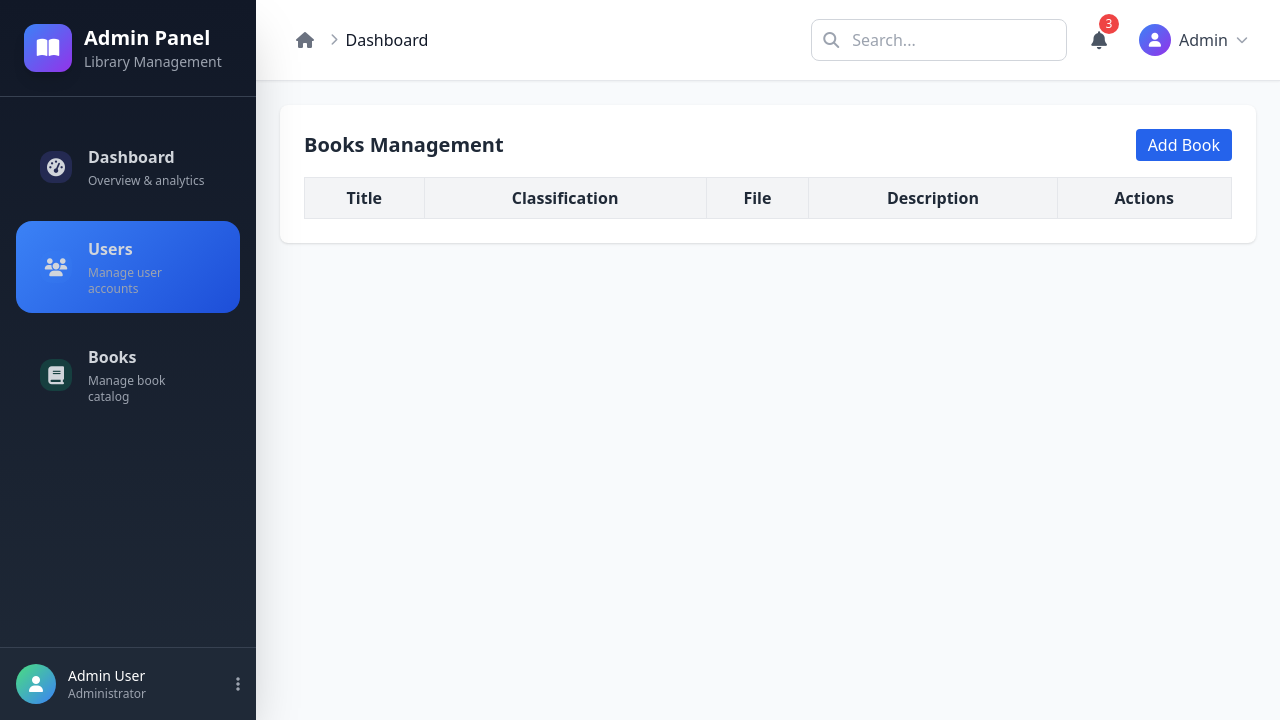
Repository: daffa-alif/lomba-NeuroGamy
Page: resources/views/Admin/books/index.blade.php
The author's editor kept a copy of each file at every save. The page is drawn from the files as they stood at one save, then again after the next save.
The browser window is 1280 px wide. The pictures show the whole page.
Some web libraries are served in a nearby version. The page is served by the project's Laravel application, run on PHP 8.4 with Laravel 12. Other server files are loaded and not shown. The template is opened directly, without the code that normally fills it, so the values that code supplies are empty.

Above is the page before, as saved 2025-09-19 23:32:49.

### routes/web.php
<?php

use Illuminate\Support\Facades\Route;
use App\Http\Controllers\{AiController, AuthController, BookController, UserController};

Route::get('/', function () {
    return view('welcome');
});

Route::get('/login', [AuthController::class, 'viewLogin'])->name('login');
Route::post('/login', [AuthController::class, 'login']);

Route::get('/register', [AuthController::class, 'viewRegister'])->name('register');
Route::post('/register', [AuthController::class, 'register']);

Route::post('/logout', [AuthController::class, 'logout'])->name('logout');

Route::post('/ai/generate', [AiController::class, 'generate'])->name('ai.generate');

Route::middleware(['auth'])->group(function () {
    Route::get('/chatbot', function () {
        return view('chatbot'); // contoh view chatbot
    })->name('chatbot');
});

// Admin routes
Route::middleware(['auth', 'admin'])->prefix('admin')->group(function () {
    Route::get('/dashboard', function () {
        return view('Admin.dashboard');
    })->name('admin.dashboard');

    Route::get('/users', [UserController::class, 'index'])->name('users.index');

  Route::get('/dashboard', fn() => view('Admin.dashboard'))->name('admin.dashboard');

    Route::resource('books', \App\Http\Controllers\BookController::class);
    Route::get('/users', [UserController::class, 'index'])->name('users.index');
});

### resources/views/Admin/books/index.blade.php
@extends('Admin.AdminLayouts.app')

@section('title', 'Books Management')

@section('content')
<div class="p-6 bg-white rounded-lg shadow">
    <div class="flex justify-between items-center mb-4">
        <h2 class="text-xl font-bold">Books Management</h2>
        <button id="btnAddBook" class="bg-blue-600 text-white px-3 py-1 rounded">Add Book</button>
    </div>

    {{-- Table --}}
    <table class="w-full border">
        <thead class="bg-gray-100">
            <tr>
                <th class="p-2 border">Title</th>
                <th class="p-2 border">Classification</th>
                <th class="p-2 border">File</th>
                <th class="p-2 border">Description</th>
                <th class="p-2 border">Actions</th>
            </tr>
        </thead>
        <tbody>
            @foreach($books as $book)
            <tr>
                <td class="p-2 border">{{ $book->book_title }}</td>
                <td class="p-2 border">{{ $book->classification->classification ?? '-' }}</td>
                <td class="p-2 border">{{ $book->file_name }}</td>
                <td class="p-2 border">{{ $book->book_description }}</td>
                <td class="p-2 border">
                    <button class="bg-yellow-500 text-white px-2 py-1 rounded">Edit</button>
                    <button class="bg-red-500 text-white px-2 py-1 rounded">Delete</button>
                </td>
            </tr>
            @endforeach
        </tbody>
    </table>
</div>

{{-- Modal Book Form --}}
<div id="bookModal" class="hidden fixed inset-0 bg-black/50 flex items-center justify-center">
    <div class="bg-white rounded-lg p-6 w-96">
        <h3 class="text-lg font-bold mb-3">Add Book</h3>
        <form id="bookForm">
            @csrf
            <div class="mb-3">
                <label class="block text-sm font-medium">Title</label>
                <input type="text" name="book_title" class="w-full border rounded p-2">
            </div>

            <div class="mb-3">
                <label class="block text-sm font-medium">Classification</label>
                <div class="flex gap-2">
                    <select name="classification_id" id="classificationSelect" class="w-full border rounded p-2">
                        <option value="">-- Select Classification --</option>
                        @foreach($classifications as $c)
                            <option value="{{ $c->id }}">{{ $c->classification }}</option>
                        @endforeach
                    </select>
                    <button type="button" id="btnAddClassification" class="bg-blue-500 text-white px-3 rounded">+</button>
                </div>
            </div>

            <div class="mb-3">
                <label class="block text-sm font-medium">File Name</label>
                <input type="text" name="file_name" class="w-full border rounded p-2">
            </div>

            <div class="mb-3">
                <label class="block text-sm font-medium">Description</label>
                <textarea name="book_description" class="w-full border rounded p-2"></textarea>
            </div>

            <div class="flex justify-end gap-2">
                <button type="button" id="closeBookModal" class="px-3 py-1 border rounded">Cancel</button>
                <button type="submit" class="bg-blue-600 text-white px-3 py-1 rounded">Save</button>
            </div>
        </form>
    </div>
</div>
@endsection

@push('scripts')
<script>
$(function() {
    // open book modal
    $('#btnAddBook').on('click', function() {
        $('#bookModal').removeClass('hidden');
    });

    // close modal
    $('#closeBookModal').on('click', function() {
        $('#bookModal').addClass('hidden');
    });

    // submit book
    $('#bookForm').on('submit', function(e) {
        e.preventDefault();
        $.ajax({
            url: "{{ route('books.store') }}",
            method: "POST",
            data: $(this).serialize(),
            success: function(res) {
                location.reload();
            }
        });
    });
});
</script>
@endpush

### resources/views/Admin/AdminLayouts/app.blade.php
<!DOCTYPE html>
<html lang="en">
<head>
    <meta charset="UTF-8">
    <meta name="viewport" content="width=device-width, initial-scale=1.0">
    <title>@yield('title', 'Admin Panel')</title>

    <!-- TailwindCSS via CDN -->
    <script src="https://cdn.tailwindcss.com"></script>

    <!-- Font Awesome for icons -->
    <link rel="stylesheet" href="https://cdnjs.cloudflare.com/ajax/libs/font-awesome/6.4.0/css/all.min.css">

    <style>
        /* Custom scrollbar */
        .custom-scrollbar::-webkit-scrollbar {
            width: 6px;
        }
        .custom-scrollbar::-webkit-scrollbar-track {
            background: #1f2937;
        }
        .custom-scrollbar::-webkit-scrollbar-thumb {
            background: #4b5563;
            border-radius: 3px;
        }
        .custom-scrollbar::-webkit-scrollbar-thumb:hover {
            background: #6b7280;
        }

        /* Sidebar transition */
        .sidebar-transition {
            transition: all 0.3s cubic-bezier(0.4, 0, 0.2, 1);
        }

        /* Active nav item gradient */
        .nav-active {
            background: linear-gradient(135deg, #3b82f6 0%, #1d4ed8 100%);
        }
    </style>
</head>
<body class="bg-slate-50 text-gray-800 font-sans">

    <!-- Sidebar -->
    <aside id="sidebar" class="fixed left-0 top-0 z-40 w-64 h-screen bg-gradient-to-b from-gray-900 to-gray-800 shadow-2xl sidebar-transition custom-scrollbar overflow-y-auto">
        <!-- Logo Section -->
        <div class="flex items-center justify-between p-6 border-b border-gray-700">
            <div class="flex items-center space-x-3">
                <div class="w-12 h-12 bg-gradient-to-br from-blue-500 to-purple-600 rounded-xl flex items-center justify-center shadow-lg">
                    <i class="fas fa-book-open text-white text-xl"></i>
                </div>
                <div>
                    <h2 class="text-white font-bold text-xl">Admin Panel</h2>
                    <p class="text-gray-400 text-sm">Library Management</p>
                </div>
            </div>
            <button id="sidebarToggle" class="lg:hidden text-gray-400 hover:text-white transition-colors">
                <i class="fas fa-times text-xl"></i>
            </button>
        </div>

        <!-- Navigation -->
        <nav class="mt-8 px-4">
            <div class="space-y-4">
                <!-- Dashboard -->
                <a href="#"
                   class="nav-item group flex items-center px-6 py-4 text-gray-300 rounded-2xl hover:bg-gradient-to-r hover:from-indigo-600 hover:to-blue-600 hover:text-white transition-all duration-300 transform hover:scale-105 hover:shadow-xl">
                    <div class="w-8 h-8 mr-4 flex items-center justify-center bg-indigo-500 bg-opacity-20 rounded-xl group-hover:bg-opacity-30 transition-all duration-300">
                        <i class="fas fa-tachometer-alt text-lg"></i>
                    </div>
                    <div class="flex-1">
                        <span class="font-semibold text-base">Dashboard</span>
                        <p class="text-xs text-gray-400 group-hover:text-indigo-100 mt-1">Overview & analytics</p>
                    </div>
                    <div class="ml-auto opacity-0 group-hover:opacity-100 transition-all duration-300 transform translate-x-2 group-hover:translate-x-0">
                        <i class="fas fa-chevron-right text-sm"></i>
                    </div>
                </a>

                <!-- Users -->
                <a href="#"
                   class="nav-item group flex items-center px-6 py-4 text-gray-300 rounded-2xl hover:bg-gradient-to-r hover:from-blue-600 hover:to-purple-600 hover:text-white transition-all duration-300 transform hover:scale-105 hover:shadow-xl nav-active">
                    <div class="w-8 h-8 mr-4 flex items-center justify-center bg-blue-500 bg-opacity-20 rounded-xl group-hover:bg-opacity-30 transition-all duration-300">
                        <i class="fas fa-users text-lg"></i>
                    </div>
                    <div class="flex-1">
                        <span class="font-semibold text-base">Users</span>
                        <p class="text-xs text-gray-400 group-hover:text-blue-100 mt-1">Manage user accounts</p>
                    </div>
                    <div class="ml-auto opacity-0 group-hover:opacity-100 transition-all duration-300 transform translate-x-2 group-hover:translate-x-0">
                        <i class="fas fa-chevron-right text-sm"></i>
                    </div>
                </a>

                <!-- Books -->
                <a href="{{ route('books.index')}}"
                   class="nav-item group flex items-center px-6 py-4 text-gray-300 rounded-2xl hover:bg-gradient-to-r hover:from-emerald-600 hover:to-teal-600 hover:text-white transition-all duration-300 transform hover:scale-105 hover:shadow-xl">
                    <div class="w-8 h-8 mr-4 flex items-center justify-center bg-emerald-500 bg-opacity-20 rounded-xl group-hover:bg-opacity-30 transition-all duration-300">
                        <i class="fas fa-book text-lg"></i>
                    </div>
                    <div class="flex-1">
                        <span class="font-semibold text-base">Books</span>
                        <p class="text-xs text-gray-400 group-hover:text-emerald-100 mt-1">Manage book catalog</p>
                    </div>
                    <div class="ml-auto opacity-0 group-hover:opacity-100 transition-all duration-300 transform translate-x-2 group-hover:translate-x-0">
                        <i class="fas fa-chevron-right text-sm"></i>
                    </div>
                </a>
            </div>
        </nav>

        <!-- User Profile Section at Bottom -->
        <div class="absolute bottom-0 left-0 right-0 p-4 border-t border-gray-700 bg-gray-800">
            <div class="flex items-center space-x-3">
                <div class="w-10 h-10 bg-gradient-to-br from-green-400 to-blue-500 rounded-full flex items-center justify-center">
                    <i class="fas fa-user text-white"></i>
                </div>
                <div class="flex-1 min-w-0">
                    <p class="text-white text-sm font-medium truncate">Admin User</p>
                    <p class="text-gray-400 text-xs">Administrator</p>
                </div>
                <div class="relative">
                    <button class="text-gray-400 hover:text-white transition-colors">
                        <i class="fas fa-ellipsis-v"></i>
                    </button>
                </div>
            </div>
        </div>
    </aside>

    <!-- Mobile Sidebar Overlay -->
    <div id="sidebarOverlay" class="fixed inset-0 bg-black bg-opacity-50 z-30 lg:hidden hidden"></div>

    <!-- Main Content Area -->
    <div class="lg:ml-64 min-h-screen flex flex-col">
        <!-- Top Header -->
        <header class="bg-white shadow-sm border-b border-gray-200 sticky top-0 z-20">
            <div class="flex items-center justify-between px-6 py-4">
                <div class="flex items-center space-x-4">
                    <!-- Mobile Menu Button -->
                    <button id="mobileMenuButton" class="lg:hidden text-gray-600 hover:text-gray-900 transition-colors">
                        <i class="fas fa-bars text-xl"></i>
                    </button>

                    <!-- Breadcrumb -->
                    <nav class="hidden md:flex" aria-label="Breadcrumb">
                        <ol class="flex items-center space-x-2">
                            <li>
                                <a href="#" class="text-gray-500 hover:text-gray-700 transition-colors">
                                    <i class="fas fa-home"></i>
                                </a>
                            </li>
                            <li class="flex items-center">
                                <i class="fas fa-chevron-right text-gray-400 text-xs mx-2"></i>
                                <span class="text-gray-900 font-medium">@yield('breadcrumb', 'Dashboard')</span>
                            </li>
                        </ol>
                    </nav>
                </div>

                <!-- Header Actions -->
                <div class="flex items-center space-x-4">
                    <!-- Search -->
                    <div class="hidden md:block relative">
                        <input type="text"
                               placeholder="Search..."
                               class="w-64 pl-10 pr-4 py-2 border border-gray-300 rounded-lg focus:ring-2 focus:ring-blue-500 focus:border-blue-500 transition-all">
                        <div class="absolute left-3 top-1/2 transform -translate-y-1/2">
                            <i class="fas fa-search text-gray-400"></i>
                        </div>
                    </div>

                    <!-- Notifications -->
                    <button class="relative p-2 text-gray-600 hover:text-gray-900 hover:bg-gray-100 rounded-lg transition-colors">
                        <i class="fas fa-bell text-lg"></i>
                        <span class="absolute -top-1 -right-1 w-5 h-5 bg-red-500 text-white text-xs rounded-full flex items-center justify-center">3</span>
                    </button>

                    <!-- User Menu -->
                    <div class="relative group">
                        <button class="flex items-center space-x-2 p-2 rounded-lg hover:bg-gray-100 transition-colors">
                            <div class="w-8 h-8 bg-gradient-to-br from-blue-500 to-purple-600 rounded-full flex items-center justify-center">
                                <i class="fas fa-user text-white text-sm"></i>
                            </div>
                            <span class="hidden md:block text-gray-700 font-medium">{{ Auth::user()->name ?? 'Admin' }}</span>
                            <i class="fas fa-chevron-down text-gray-400 text-xs"></i>
                        </button>

                        <!-- Dropdown Menu -->
                        <div class="absolute right-0 mt-2 w-48 bg-white rounded-lg shadow-lg border border-gray-200 py-2 opacity-0 invisible group-hover:opacity-100 group-hover:visible transition-all duration-200">
                            <a href="#" class="flex items-center px-4 py-2 text-gray-700 hover:bg-gray-50 transition-colors">
                                <i class="fas fa-user-circle mr-3"></i>
                                Profile
                            </a>
                            <a href="/" class="flex items-center px-4 py-2 text-gray-700 hover:bg-gray-50 transition-colors">
                                <i class="fas fa-external-link-alt mr-3"></i>
                                View Site
                            </a>
                            <hr class="my-2">
                            <form action="{{ route('logout') }}" method="POST" class="w-full">
                                @csrf
                                <button type="submit" class="flex items-center w-full px-4 py-2 text-red-600 hover:bg-red-50 transition-colors text-left">
                                    <i class="fas fa-sign-out-alt mr-3"></i>
                                    Logout
                                </button>
                            </form>
                        </div>
                    </div>
                </div>
            </div>
        </header>

        <!-- Page Content -->
        <main class="flex-1 p-6">
            <div class="max-w-full">
                @yield('content')
            </div>
        </main>

        <!-- Footer -->
        <footer class="bg-white border-t border-gray-200

After the next save:
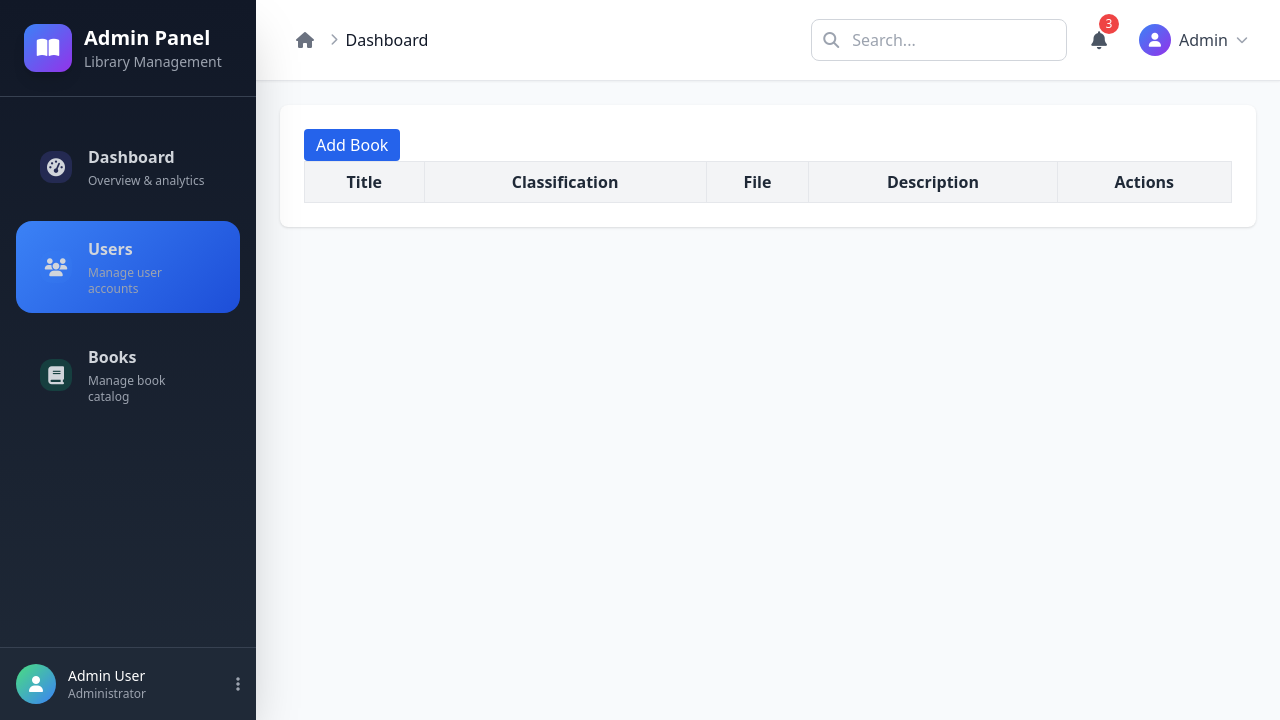
Saved 20 s later.
--- a/resources/views/Admin/books/index.blade.php
+++ b/resources/views/Admin/books/index.blade.php
@@ -4,10 +4,10 @@
 
 @section('content')
 <div class="p-6 bg-white rounded-lg shadow">
-    <div class="flex justify-between items-center mb-4">
-        <h2 class="text-xl font-bold">Books Management</h2>
-        <button id="btnAddBook" class="bg-blue-600 text-white px-3 py-1 rounded">Add Book</button>
-    </div>
+   <button id="btnAddBook" type="button" class="bg-blue-600 text-white px-3 py-1 rounded">
+    Add Book
+</button>
+
 
     {{-- Table --}}
     <table class="w-full border">
